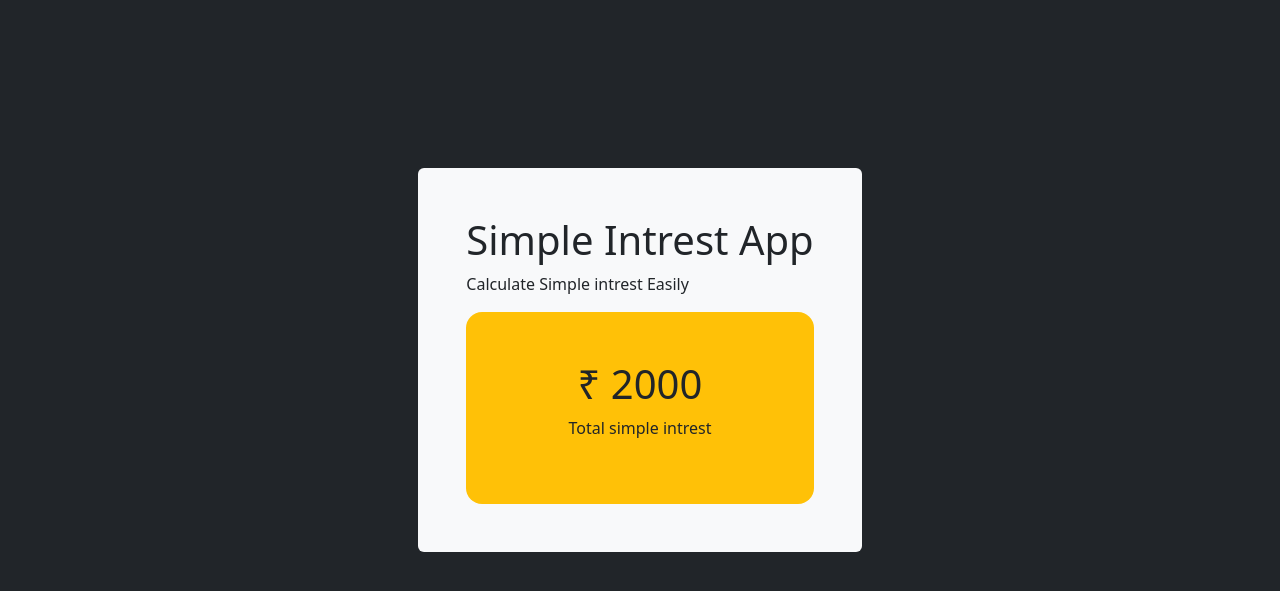
Repository: Afraz13/simple-intrest
Page: /
These files come from the project's save history. The page is drawn as it stood at one moment and after the next save; the edit follows.
The browser window is 1280 px wide. The pictures show the whole page.
The project was rebuilt for these pictures with package versions that can differ from the ones it lists, and the page was loaded fresh each time. Also part of the build but not shown: src/index.css, src/App.css.

Above is the page before, as saved 2024-07-15 20:31:40.

### public/index.html
<!DOCTYPE html>
<html lang="en">
  <head>
    <meta charset="utf-8" />

    <meta name="viewport" content="width=device-width, initial-scale=1" />
    <link href="https://cdn.jsdelivr.net/npm/bootstrap@5.3.3/dist/css/bootstrap.min.css" rel="stylesheet" integrity="sha384-QWTKZyjpPEjISv5WaRU9OFeRpok6YctnYmDr5pNlyT2bRjXh0JMhjY6hW+ALEwIH" crossorigin="anonymous">

    <title>Simple Intrest</title>
  </head>
  <body>

    <div id="root"></div>

  </body>
</html>

### src/App.js

import './App.css';

function App() {
  return (
    <div style={{height:'100vh'}} className='d-flex justify-content-center align-items-center w-100 bg-dark'>
    <div className='bg-light p-5 rounded'>
    <h1>Simple Intrest App</h1>
    <p>Calculate Simple intrest Easily</p>
    <div className='bg-warning d-flex justify-content-center align-items-center p-5 flex-column rounded-4 '>
      <h1>₹ 2000</h1>
      <p>Total simple intrest</p>
    </div>
    </div>
    </div>
  );
}

export default App;

Loaded but not shown: src/index.js (common file)

After the next save:
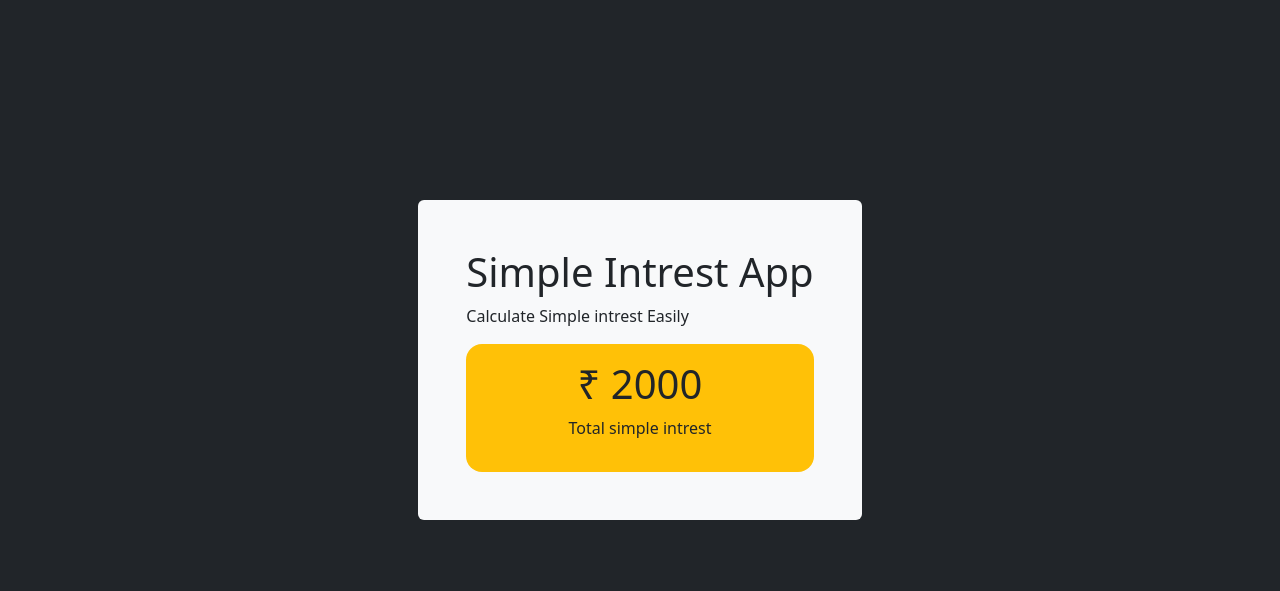
Saved 12 s later.
--- a/src/App.js
+++ b/src/App.js
@@ -7,7 +7,7 @@ function App() {
     <div className='bg-light p-5 rounded'>
     <h1>Simple Intrest App</h1>
     <p>Calculate Simple intrest Easily</p>
-    <div className='bg-warning d-flex justify-content-center align-items-center p-5 flex-column rounded-4 '>
+    <div className='bg-warning d-flex justify-content-center align-items-center p-3 flex-column rounded-4 '>
       <h1>₹ 2000</h1>
       <p>Total simple intrest</p>
     </div>
